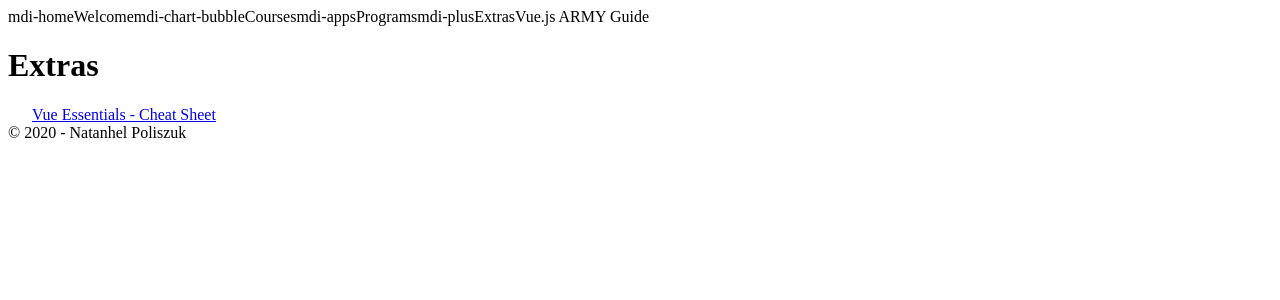
Repository: Natanhel/zvguide
Page: /Extras
An editor plug-in stored every save of this project. The page is shown before and after the next save, followed by the edit.
The browser window is 1280 px wide. The pictures show the whole page.
The project was rebuilt for these pictures with package versions that can differ from the ones it lists, and the page was loaded fresh each time. The framework's server and built-in components were replaced by stand-ins that run in the browser. Also part of the build but not shown: layouts/error.vue.

Above is the page before, as saved 2020-03-21 12:01:14.

After the next save:
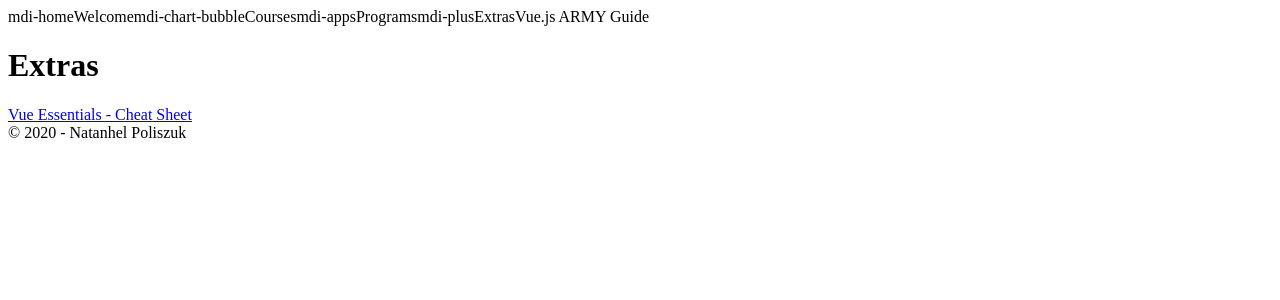
Saved 17 s later.
--- a/pages/Extras.vue
+++ b/pages/Extras.vue
@@ -5,7 +5,6 @@
       <a
         v-for="(link,index) in links"
         :key="index"
-        class="linkCard"
         :href="link.ref"
       >
         {{ link.title }}

After the save that followed:
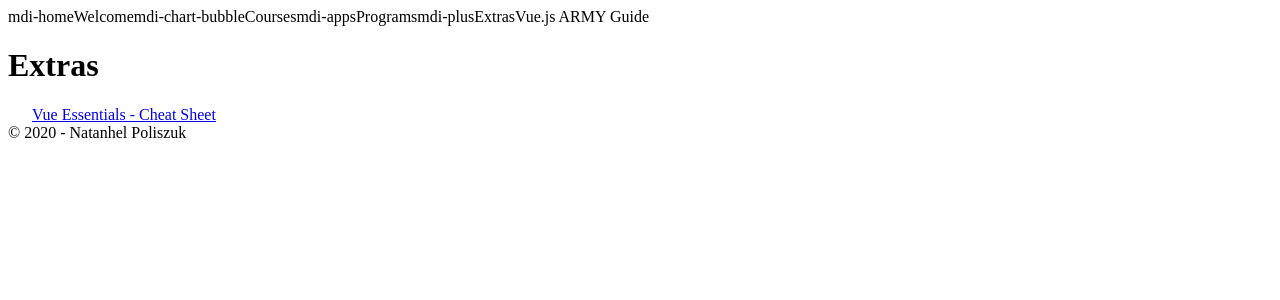
Saved 7 s later.
--- a/pages/Extras.vue
+++ b/pages/Extras.vue
@@ -1,7 +1,7 @@
 <template>
   <div>
     <h1>Extras</h1>
-    <v-card>
+    <v-card class="linkCard">
       <a
         v-for="(link,index) in links"
         :key="index"
